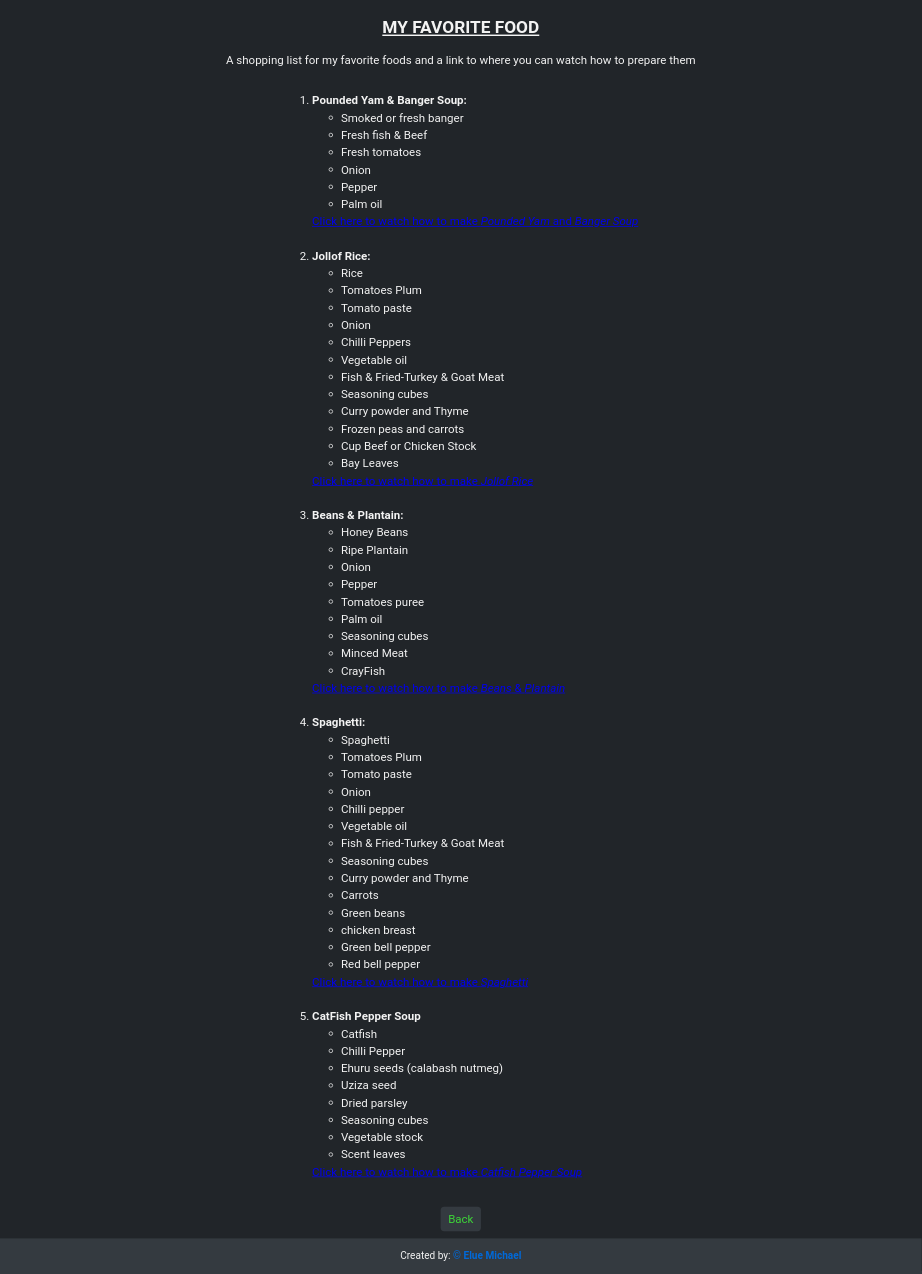
Repository: MikkyPrestige/html-website
Page: pages/food.html
These files come from the project's save history. The page is drawn as it stood at one moment and after the next save; the edit follows.
The browser window is 1280 px wide. The pictures show the whole page, at 72% of full size.

Above is the page before, as saved 2023-04-29 14:32:52.

After the next save:
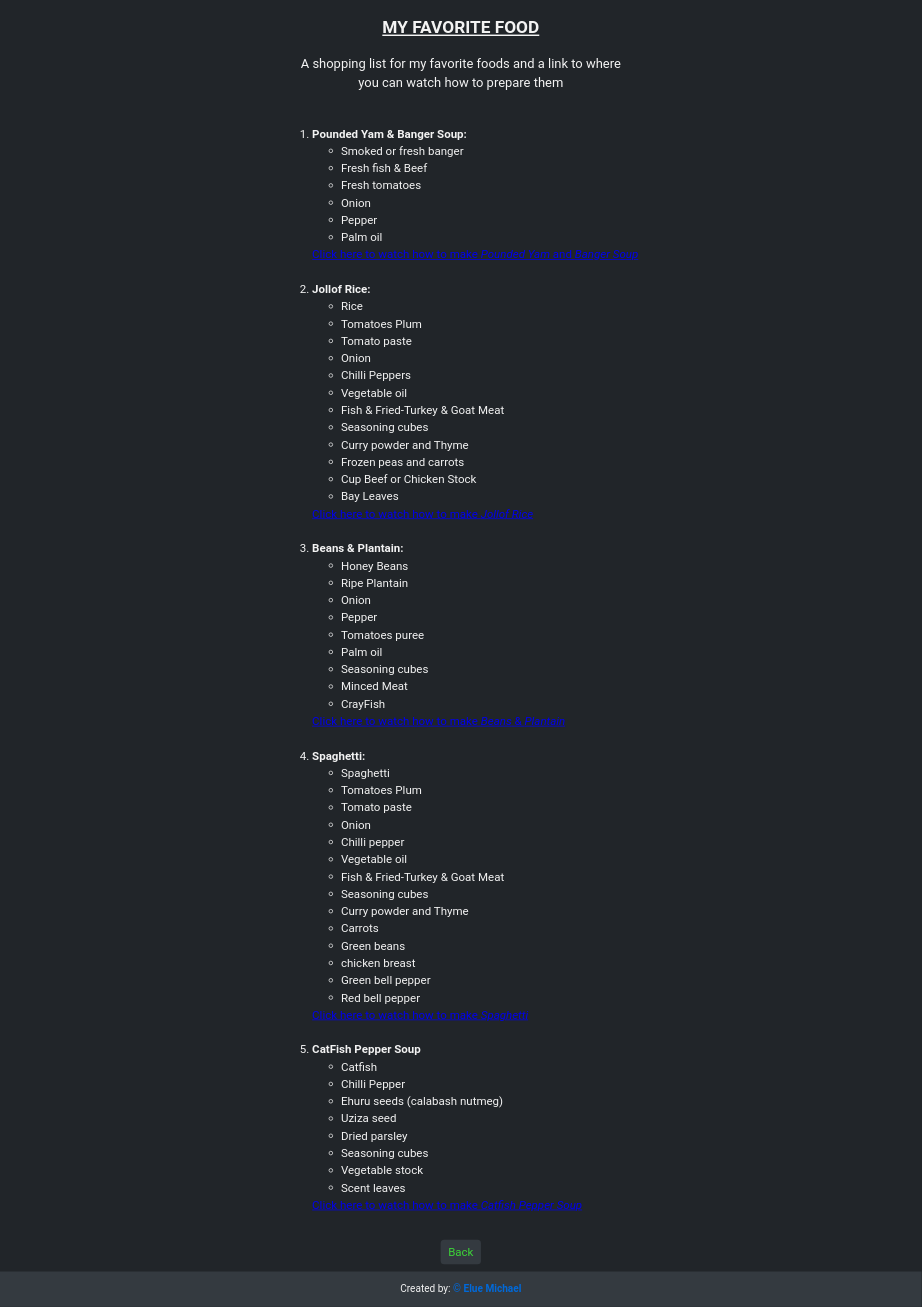
Saved 10 s later.
--- a/pages/food.html
+++ b/pages/food.html
@@ -14,7 +14,7 @@
     <section class="section">
       <div class="fav">
         <h1 class="fav-heading"><u>My favorite food</u></h1>
-        <p>A shopping list for my favorite foods and a link to where you can watch how to prepare them</p>
+        <p class="fav-subheading">A shopping list for my favorite foods and a link to where you can watch how to prepare them</p>
       </div>
       <ol>
         <li><strong>Pounded Yam & Banger Soup:</strong>
